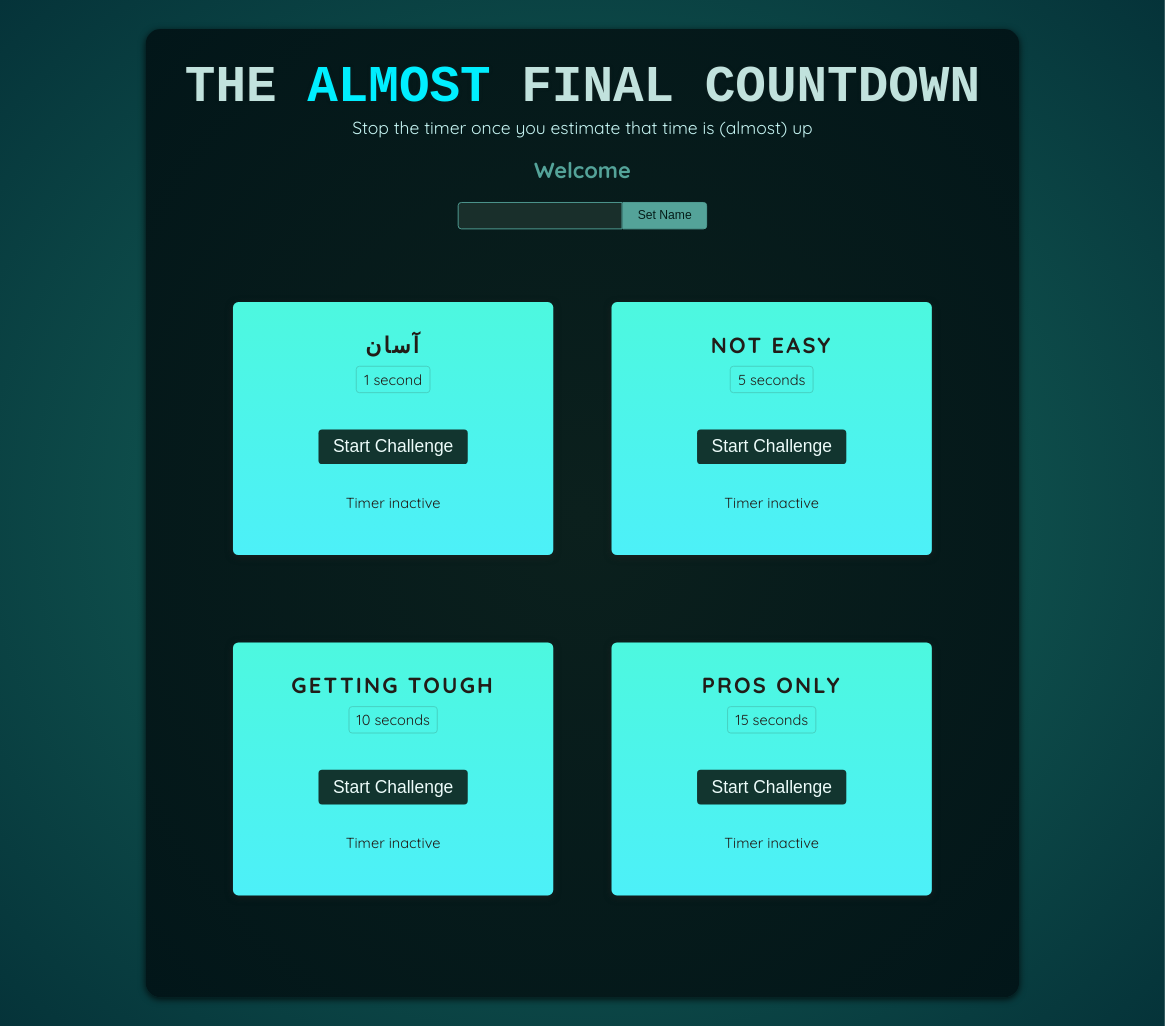
Repository: H-ala/react-near-end
Page: /
The author's editor kept a copy of each file at every save. The page is drawn from the files as they stood at one save, then again after the next save.
The browser window is 1280 px wide. The pictures show the whole page, at 91% of full size.
Some web fonts or font styles are not loaded; a fallback is used. The project was rebuilt for these pictures with package versions that can differ from the ones it lists, and the page was loaded fresh each time. Also part of the build but not shown: vite.config.js.

Above is the page before, as saved 2025-10-21 19:03:16.

### src/App.jsx
import Player from './components/Player.jsx';
import TimerChallenge from './components/TimerChallenge.jsx';

function App() {
  return (
    <>
      <Player />
      <div id="challenges">
        <TimerChallenge title="آسان" targetTime={1} />
        <TimerChallenge title="Not easy" targetTime={5} />
        <TimerChallenge title="Getting tough" targetTime={10} />
        <TimerChallenge title="Pros Only" targetTime={15} />
      </div>
    </>
  );
}

export default App;

### src/components/Player.jsx
import { useState, useRef } from "react";

export default function Player() {
  const playerName = useRef();
  const [enteredPlayerName, setEnteredPlayerName] = useState("");

  function handleClick() {
    setEnteredPlayerName(playerName.current.value);
    playerName.current.value = "";
  }

  return (
    <section id="player">
      <h2>Welcome {enteredPlayerName ?? "unknown entity"}</h2>
      <p>
        <input
          ref={playerName}
          type="text"
        />
        <button onClick={handleClick}>Set Name</button>
      </p>
    </section>
  );
}

### src/components/TimerChallenge.jsx
import { useState, useRef } from "react";
import ResultModal from "./ResultModal";

export default function TimerChallenge({ title, targetTime }) {
  const timer = useRef();
  const dialog = useRef();

  const [timeRemaining, setTimeRemaining] = useState(targetTime * 1000);
  const timerIsActive = timeRemaining > 0 && timeRemaining < targetTime * 1000;

  if (timeRemaining <= 0) {
    clearInterval(timer.current);
    dialog.current.open();
  }

  function handleStart() {
    timer.current = setInterval(() => {
      setTimeRemaining((prevTimeRemaining) => prevTimeRemaining - 10);
    }, 10);
  }

  function handleReset() {
    setTimeRemaining(targetTime * 1000);
  }

  function handleStop() {
    clearInterval(timer.current);
    dialog.current.open();
  }

  return (
    <>
      <ResultModal
        ref={dialog}
        targetTime={targetTime}
        remainingTime={timeRemaining}
        onReset={handleReset}
      />
      <section className="challenge">
        <h2>{title}</h2>
        <p className="challenge-time">
          {targetTime} second{targetTime > 1 ? "s" : ""}
        </p>
        <p>
          <button onClick={timerIsActive ? handleStop : handleStart}>
            {timerIsActive ? "Stop" : "Start"} Challenge
          </button>
        </p>
        <p className={timerIsActive ? "active" : undefined}>
          {timerIsActive ? "Time is running..." : "Timer inactive"}
        </p>
      </section>
    </>
  );
}

### src/components/ResultModal.jsx
import { useImperativeHandle, useRef } from "react";
import { createPortal } from "react-dom";

export default function ResultModal({ ref, targetTime, remainingTime, onReset }) {
  const dialog = useRef();

  const userLost = remainingTime <= 0;
  const formattedRemainingTime = (remainingTime / 1000).toFixed(2);
  const score = Math.round((1 - (remainingTime / (targetTime * 1000))) * 100);

  useImperativeHandle(ref, () => {
    return {
      open() {
        dialog.current.showModal();
      },
    };
  });

  return createPortal(
    <dialog ref={dialog} className="result-modal" onClose={onReset}>
      {userLost && <h2>You Lost!</h2>}
      {!userLost && <h2>Your Score: {score}</h2>}
      <p>
        The targer time was <strong>{targetTime} seconds. </strong>
      </p>
      <p>
        You stopped the time with{" "}
        <strong>{formattedRemainingTime} seconds left.</strong>
      </p>
      <form action="dialog" onSubmit={onReset}>
        <button>Close</button>
      </form>
    </dialog>,
    document.getElementById("modal")
  );
}

Loaded but not shown: index.html (common file); src/main.jsx (common file); src/index.css (common file)

After the next save:
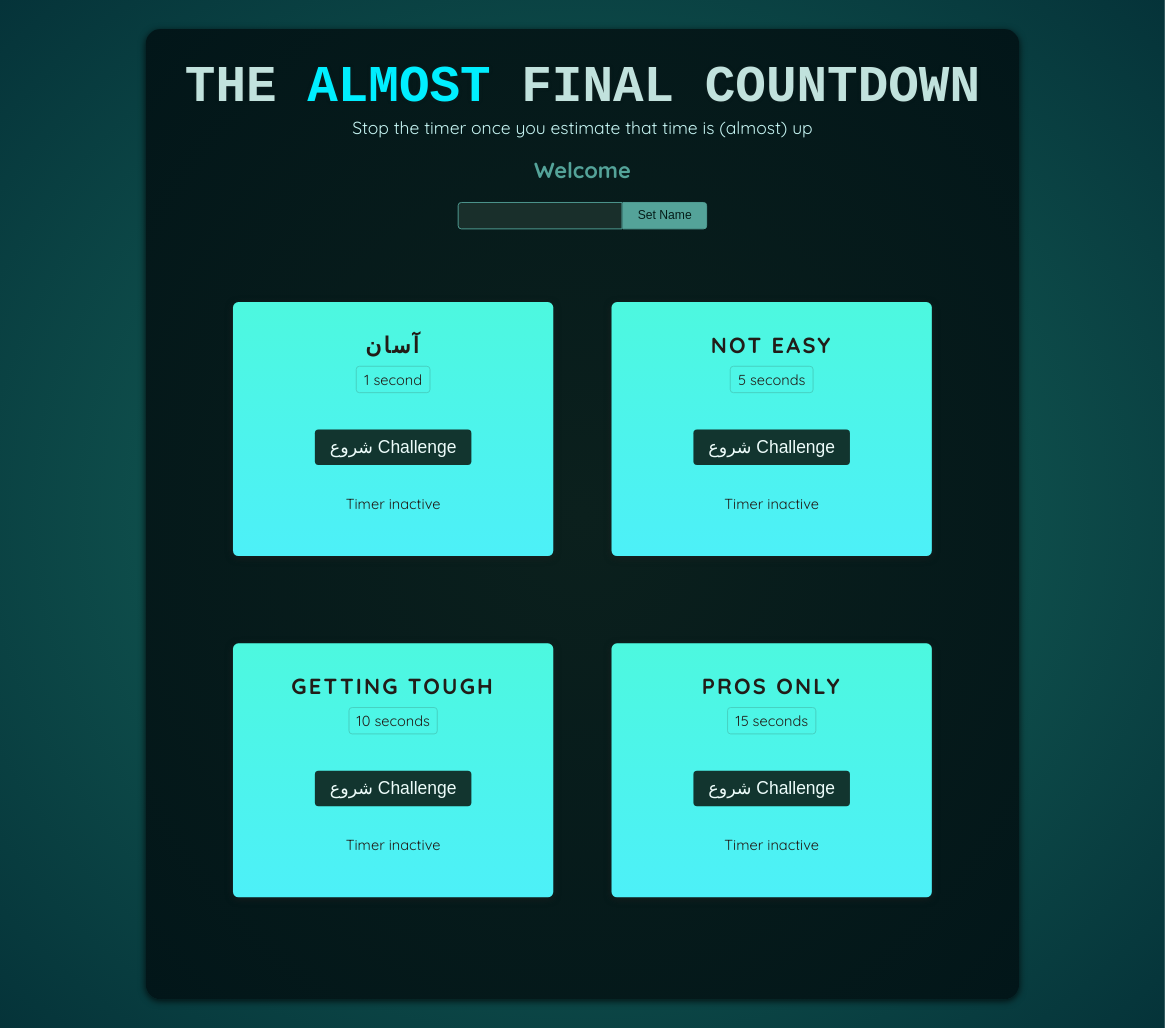
Saved 50 s later.
--- a/src/components/TimerChallenge.jsx
+++ b/src/components/TimerChallenge.jsx
@@ -43,7 +43,7 @@ export default function TimerChallenge({ title, targetTime }) {
         </p>
         <p>
           <button onClick={timerIsActive ? handleStop : handleStart}>
-            {timerIsActive ? "Stop" : "Start"} Challenge
+            {timerIsActive ? "توقف" : "شروع"} Challenge
           </button>
         </p>
         <p className={timerIsActive ? "active" : undefined}>
